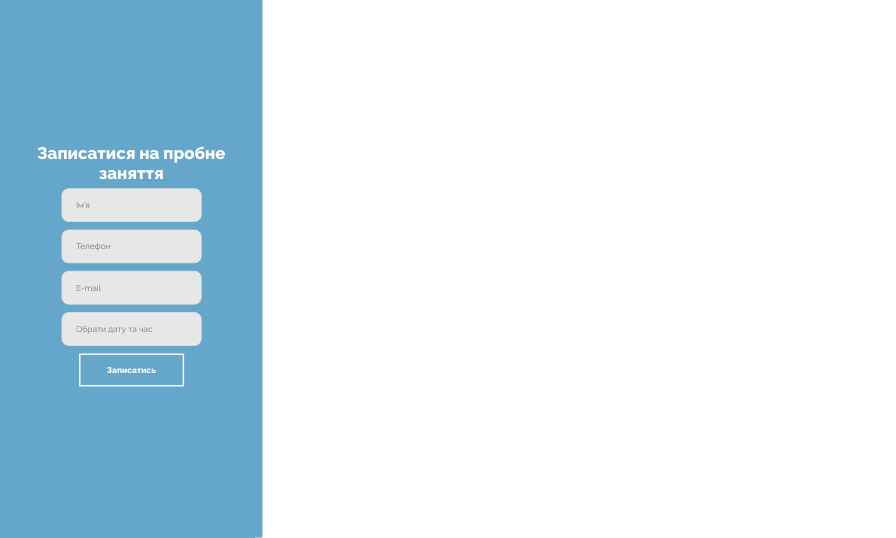
Repository: dimov63/math_tutor_predmetu
Page: index.html
These files come from the project's save history. The page is drawn as it stood at one moment and after the next save; the edit follows.
The browser window is 1280 px wide. The pictures show the part of the page from y = 0 to 1920 px (the page is 768 px tall before and 3369 px after), at 70% of full size.
Some web libraries are served in a nearby version.

Above is the page before, as saved 2022-12-29 10:19:41.

After the next save:
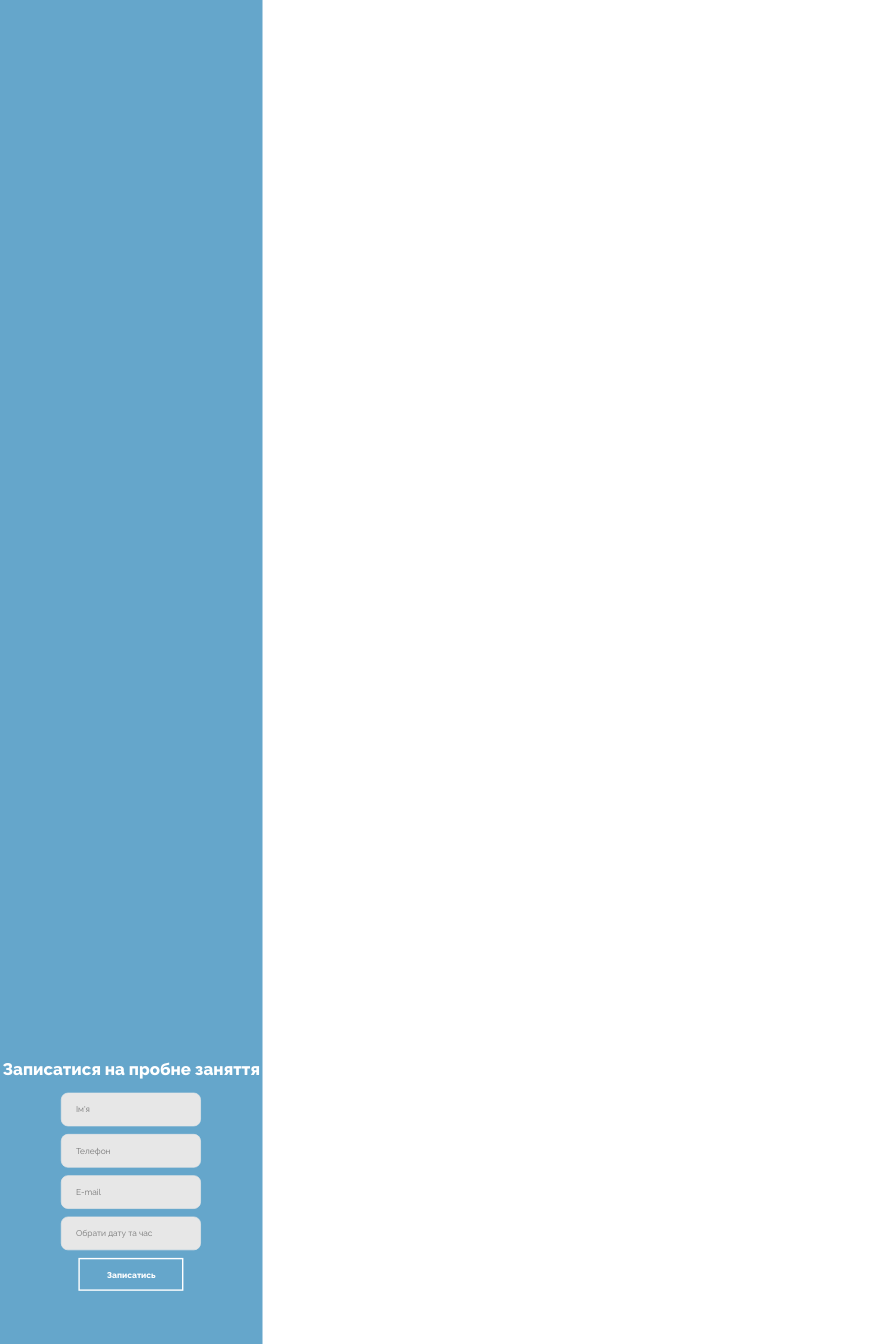
Saved 8 s later.
--- a/css/style.css
+++ b/css/style.css
@@ -385,12 +385,12 @@
   width: 375px;
   height: 3369px;
 }
-.container_forma {
+/* .container_forma {
   /* display: flex;
   align-content: center; */
   width: 375px;
   height: 768px;
- }
+ } */
 .forma {
   display: flex;
   width: 90%;
